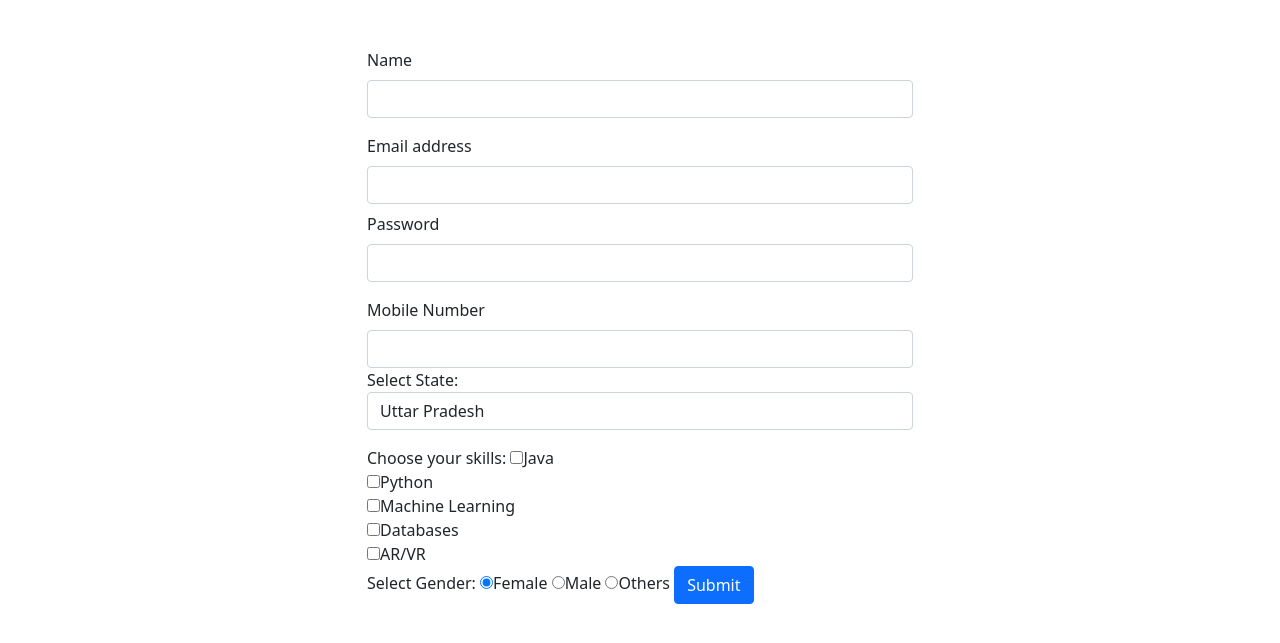
Repository: SimSri-ExtraMarks/FormHandling
Page: formHandling/form.html
The author's editor kept a copy of each file at every save. The page is drawn from the files as they stood at one save, then again after the next save.
The browser window is 1280 px wide. The pictures show the whole page.

Above is the page before, as saved 2021-06-26 12:49:22.

After the next save:
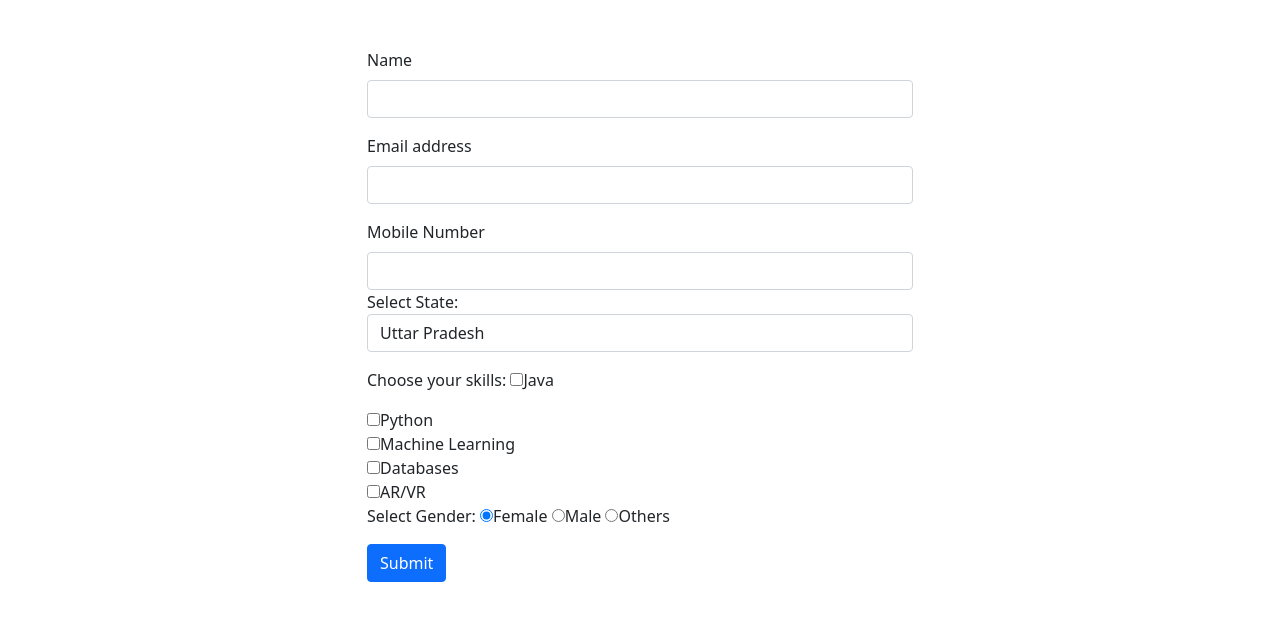
Saved 109 s later.
--- a/formHandling/form.html
+++ b/formHandling/form.html
@@ -19,21 +19,15 @@
   <input type="text" id="name" class="form-control" />
 
 </div>
-					<div class="mb-2">
+					<div class="mb-3">
 						<label for="exampleInputEmail1" class="form-label">Email
 							address</label> <input type="email" class="form-control"
 							id="exampleInputEmail1" aria-describedby="emailHelp">
 					</div>
 					<div class="mb-3">
-						<label for="exampleInputPassword1" class="form-label">Password</label>
-						<input type="password" class="form-control"
-							id="exampleInputPassword1">
-					</div>
-					<div class="mb-3">
 						<label for="exampleInputMobileNumber" class="form-label">Mobile
 							Number</label> <input type="mobilenumber" class="form-control"
 							id="exampleInputMobileNumber">
-
 
 						<div class="form-group mb-3">
 							<label for="exampleInputState">Select State:</label> <select
@@ -45,7 +39,7 @@
 							</select>
 						</div>
 
-						<div class="checkbox">
+						<div class="checkbox mb-3">
 						<label for="exampleInputSkills">Choose your skills:</label>
   <label><input type="checkbox" value="exampleInputSkills">Java</label>
 </div>
@@ -58,12 +52,11 @@
   <div class="checkbox">
   <label><input type="checkbox" value="exampleInputSkills">Databases</label>
 </div>
-<div class="checkbox disabled">
+<div class="checkbox">
   <label><input type="checkbox" value="exampleInputSkills">AR/VR</label>
 </div>
 
-						<!-- <div id="emailHelp" class="form-text">We'll never share your
-							email with anyone else.</div> -->
+					<div class="mb-3">
 						<label for="exampleInputGender">Select Gender:</label> <label
 							class="radio-inline"><input type="radio"
 							name="exampleInputGender" checked>Female</label> <label
@@ -71,6 +64,7 @@
 							name="exampleInputGender">Male</label> <label
 							class="radio-inline"><input type="radio"
 							name="exampleInputGender">Others</label>
+							</div>
 
 
 						<button type="submit" class="btn btn-primary">Submit</button>
